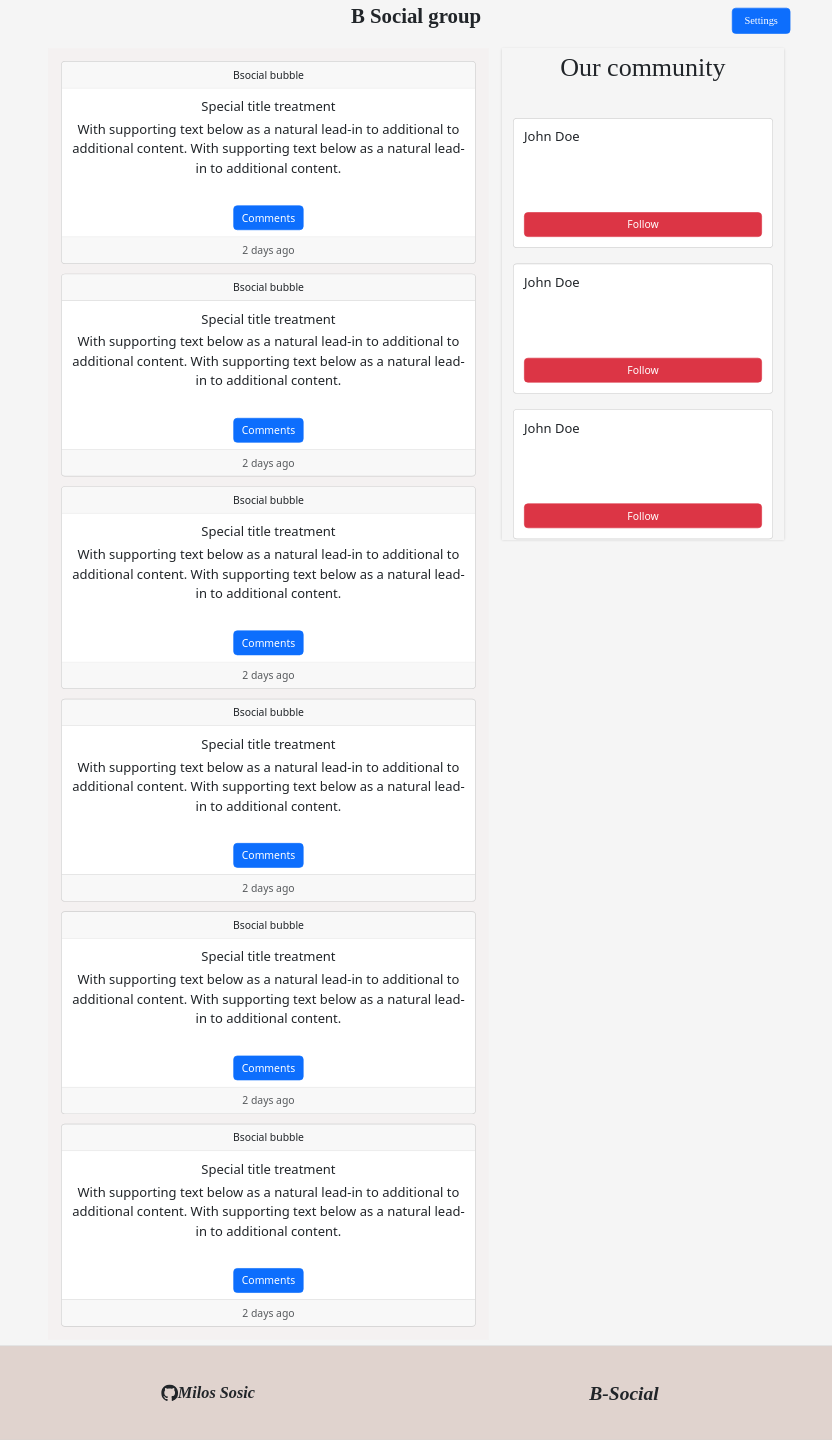
Repository: mcedo1/b-Social-app
Page: /main
These files come from the project's save history. The page is drawn as it stood at one moment and after the next save; the edit follows.
The browser window is 1280 px wide. The pictures show the whole page, at 65% of full size.
The project was rebuilt for these pictures with package versions that can differ from the ones it lists, and the page was loaded fresh each time. Also part of the build but not shown: src/components/log.reg.component/Login.js, src/components/log.reg.component/Registration.js, src/components/submain.component/Comment.js, src/components/about.us.component/NewFollowers.js, src/components/about.us.component/AboutUs.js.

Above is the page before, as saved 2024-02-03 15:26:35.

After the next save:
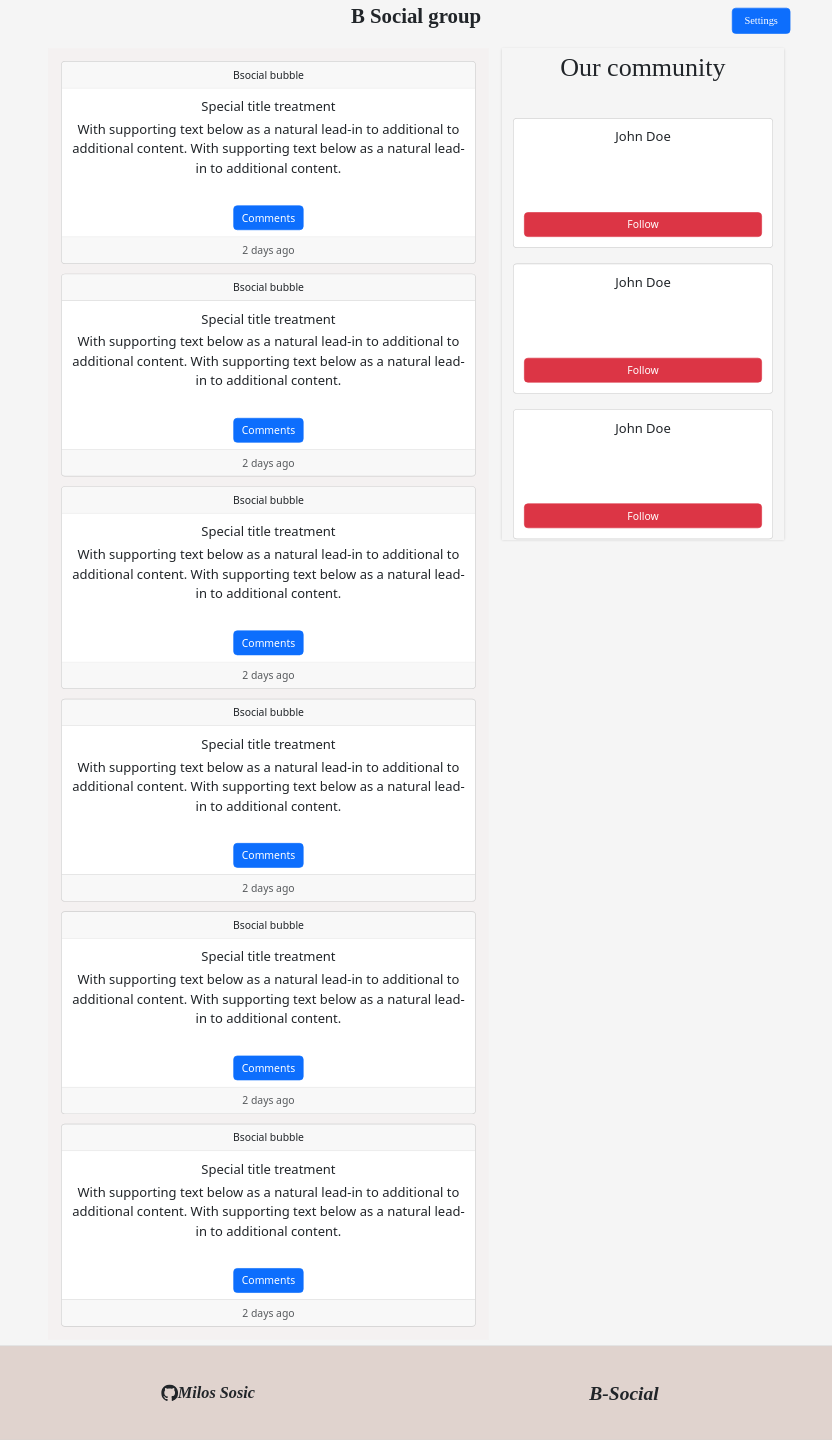
Saved 13 s later.
--- a/src/components/submain.component/FollowerComponet.js
+++ b/src/components/submain.component/FollowerComponet.js
@@ -6,7 +6,7 @@ const FollowerCard = ({ firstName, lastName }) => {
         <div className="col-md-4 mb-4">
             <div className="card" style={{ width: "400px", height: "200px" }}>
                 <div className="card-body d-flex flex-column justify-content-between">
-                    <h5 className="card-title justify-content-center">{`${firstName} ${lastName}`}</h5>
+                    <h5 className="card-title d-flex justify-content-center">{`${firstName} ${lastName}`}</h5>
                     <button className="btn btn-danger">Follow</button>
                 </div>
             </div>
